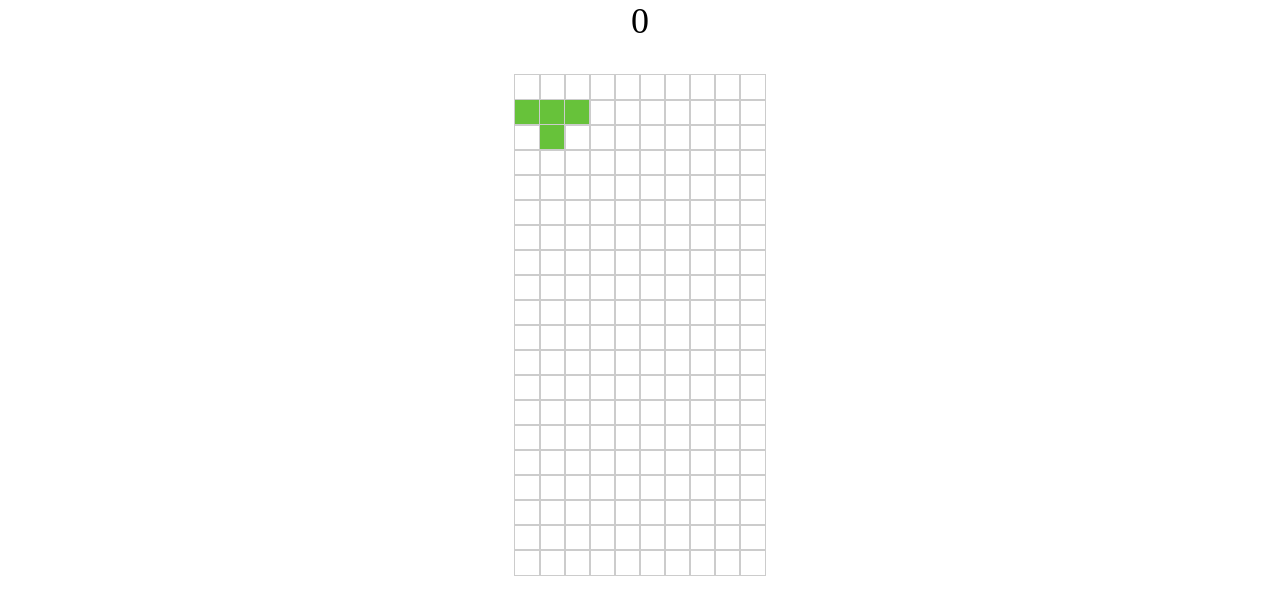
Repository: chlwpdnswku/tetris
Page: index.html
These files come from the project's save history. The page is drawn as it stood at one moment and after a run of saves; the edit follows.
The browser window is 1280 px wide. The pictures show the whole page.

Above is the page before, as saved 2022-12-13 15:43:32.

### index.html
<!DOCTYPE html>
<html lang="en">

<head>
    <meta charset="UTF-8">
    <meta http-equiv="X-UA-Compatible" content="IE=edge">
    <meta name="viewport" content="width=device-width, initial-scale=1.0">
    <link rel="stylesheet" href="style.css">
    <title>Document</title>

</head>

<body>
    <div class="wrapper">
        <div class="score">0</div>
        <div class="playground">
            <!-- ul  -->
            <ul></ul>
        </div>

    </div>

    <!-- import 문을 사용하기위해서 type =module -->
    <script src="script.js" type="module"></script>
</body>

</html>

### style.css
* {
  margin: 0;
  padding: 0;
}
ul {
  list-style: none;
}
body {
  height: 100%;
  overflow: hidden;
}
.score {
  text-align: center;
  font-size: 36px;
  margin-bottom: 2rem;
}
.playground > ul {
  border: 1px solid #333;
  width: 250px;
  margin: 0 auto;
}
.playground > ul > li {
  width: 100%;
  height: 25%;
}

.playground > ul > li > ul {
  display: flex;
}
.playground > ul > li > ul > li {
  width: 25px;
  height: 25px;
  outline: 1px solid #ccc;
}
.tree {
  background: #67c23a;
}

### script.js
import BLOCKS from './js/blocks.js';
// DOM element
const playground = document.querySelector('.playground > ul');

// console.log(playground);

// setting
const GAME_ROWS = 20;
const GAME_COLS = 10;

// variables
let score = 0;
let duration = 500;
let downInterval;
let tempMovingItem;

// 좌료를 바꾸면 모양이 바뀐다.

const movingItem = {
  type: 'tree',
  direction: 3,
  top: 0,
  left: 0,
};

// functions

init();
// 맨처음 시작하는 함수 10개의 20개의 줄을 저장
function init() {
  // 값만 가져와서 넣어줌
  tempMovingItem = { ...movingItem };
  //   movingItem.left = 3;
  //   console.log(tempMovingItem);
  for (let i = 0; i < GAME_ROWS; i++) {
    prependNewLine();
  }
  renderBlocks();
}

//
function prependNewLine() {
  const li = document.createElement('li');
  const ul = document.createElement('ul');

  for (let j = 0; j < GAME_COLS; j++) {
    const matrix = document.createElement('li');
    // ul -> li
    ul.prepend(matrix);
  }
  li.prepend(ul);
  playground.prepend(li);
}

// moveType 인자 넘겨받아야됨 보내지않을경우에는 moveType을 초기값을 넣어줌
function renderBlocks(moveType = '') {
  const { type, direction, top, left } = tempMovingItem;
  //   console.log(BLOCKS[type][direction]);

  const movingBlocks = document.querySelectorAll('.moving');

  //   4개의 무빙이 찍힘
  movingBlocks.forEach((moving) => {
    // 이러면 css에의해서 트리 클래스가없는 애들은 빈값이됨
    moving.classList.remove(type, 'moving');
    // console.log(moving);
  });

  // 즉 forEach 문으로 ->some 으로 사용해서 return true 를 써가지고
  // 중간에 빈값이면 랜더링 할 필요가 없어서 some 을 사용해서 원하는 시점에 반복문 중단하고 다시실행 renderblocks()
  BLOCKS[type][direction].some((block) => {
    const x = block[0] + left;
    const y = block[1] + top;
    // console.log({ playground });
    // ul안에 chileNodes ->이 렇게 가는거임 0번은 li임
    // target은 tree 클래스 부여 즉 tree를  class를 줘서 css 를 변경?
    const target = playground.childNodes[y]
      ? playground.childNodes[y].childNodes[0].childNodes[x]
      : null;

    const isAvailable = checkEmpty(target);
    // console.log(target);
    //  가능한 상태이면?
    if (isAvailable) {
      target.classList.add(type, 'moving');
    } else {
      // 원상복구 시키고 재귀함수를 호출할거임 ! 좌표를 원상태로 하고 부르기
      tempMovingItem = { ...movingItem };
      //   이벤트가 전부 실행이되고 스택을 집어넣는용도 무한스텍이 불러주는 용도 막기!
      setTimeout(() => {
        renderBlocks();
        if (moveType === 'top') {
          seizeBlock();
        }
      }, 0);
      return true;
      //   renderBlocks();
    }
  });
  movingItem.left = left;
  movingItem.top = top;
  movingItem.direction = direction;
  //   console.log(type, direction, top, left);
}

// 밑으로 떨어질 때에 블록 고정 함수 호출

function seizeBlock() {
  // getselector를 써서 오류가 났었음 !
  const movingBlocks = document.querySelectorAll('.moving');
  movingBlocks.forEach((moving) => {
    moving.classList.remove('moving');
    moving.classList.add('seized');
  });
  generateNewBlock();
}

// 새로운 블럭이 생기는 것
function generateNewBlock() {
  movingItem.top = 0;
  //   중간에 보내기
  movingItem.left = 3;
  movingItem.direction = 0;
  tempMovingItem = { ...movingItem };
  renderBlocks();
}

function checkEmpty(target) {
  if (!target || target.classList.contains('seized')) {
    return false;
  }
  return true;
}

// 인자들을 받고 moveBlock일때에만 renderBlocks 를 해주고
function moveBlock(moveType, amount) {
  // left를 바꿔줌 이게 증가함에 따라 움직임 하지만 색칠이됨 이동하고
  // 남은 클래스 부분들을삭제를해야됨
  tempMovingItem[moveType] += amount;
  renderBlocks(moveType);
}

function checkDirection() {
  const direction = tempMovingItem.direction;
  direction === 3
    ? (tempMovingItem.direction = 0)
    : (tempMovingItem.direction += 1);
  renderBlocks();
}
// 이벤트 핸들링 키를 움직이면 이벤트 객체가 생김 keyCode를 이용해서 각각의 함수를 실행을 시킬거임
document.addEventListener('keydown', (e) => {
  switch (e.keyCode) {
    case 39:
      moveBlock('left', 1);
      break;
    case 37:
      moveBlock('left', -1);
      break;
    case 38:
      checkDirection();
      break;
    case 40:
      moveBlock('top', 1);
      break;
    default:
      break;
  }
  //   console.log(e);
});

// direction keycode and 방향키 키코드
// https://stackoverflow.com/questions/5597060/detecting-arrow-key-presses-in-javascript
//  아래 밑에를 벗어나거나 엘리먼트를 넘어갈때 ? 에러처리 를 해줌
// childNodes[y]가 넘어갈때 target변수가 없을경우 처리해주는 방법

### js/blocks.js
const BLOCKS = {
  tree: [
    [
      [1, 0],
      [0, 1],
      [1, 1],
      [2, 1],
    ],
    [
      [1, 0],
      [0, 1],
      [1, 1],
      [1, 2],
    ],
    [
      [2, 1],
      [0, 1],
      [1, 1],
      [1, 2],
    ],
    [
      [2, 1],
      [0, 1],
      [1, 1],
      [1, 2],
    ],
  ],

  square: [
    [
      [0, 0],
      [0, 1],
      [1, 0],
      [1, 1],
    ],
    [
      [0, 0],
      [0, 1],
      [1, 0],
      [1, 1],
    ],
    [
      [0, 0],
      [0, 1],
      [1, 0],
      [1, 1],
    ],
    [
      [0, 0],
      [0, 1],
      [1, 0],
      [1, 1],
    ],
  ],
  bar: [
    [
      [1, 0],
      [2, 0],
      [3, 0],
      [4, 0],
    ],
    [
      [2, -1],
      [2, 0],
      [2, 1],
      [2, 2],
    ],
    [
      [1, 0],
      [2, 0],
      [3, 0],
      [4, 0],
    ],
    [
      [2, -1],
      [2, 0],
      [2, 1],
      [2, 2],
    ],
  ],

  zee: [
    [
      [0, 0],
      [1, 0],
      [1, 1],
      [2, 1],
    ],
    [
      [0, 1],
      [1, 0],
      [1, 2],
      [0, 2],
    ],
    [
      [0, 1],
      [1, 1],
      [1, 2],
      [2, 2],
    ],
    [
      [2, 0],
      [2, 1],
      [1, 1],
      [1, 2],
    ],
  ],

  elLeft: [
    [
      [0, 0],
      [0, 1],
      [1, 1],
      [2, 1],
    ],
    [
      [1, 0],
      [0, 1],
      [1, 2],
      [0, 2],
    ],
    [
      [0, 1],
      [1, 1],
      [2, 1],
      [2, 2],
    ],
    [
      [1, 0],
      [2, 1],
      [1, 1],
      [1, 2],
    ],
  ],

  elRight: [
    [
      [1, 0],
      [2, 0],
      [1, 1],
      [1, 2],
    ],
    [
      [0, 0],
      [0, 1],
      [1, 1],
      [2, 1],
    ],
    [
      [0, 2],
      [1, 0],
      [1, 1],
      [1, 2],
    ],
    [
      [0, 1],
      [1, 1],
      [2, 1],
      [2, 2],
    ],
  ],
};

export default BLOCKS;

After the next 2 saves:
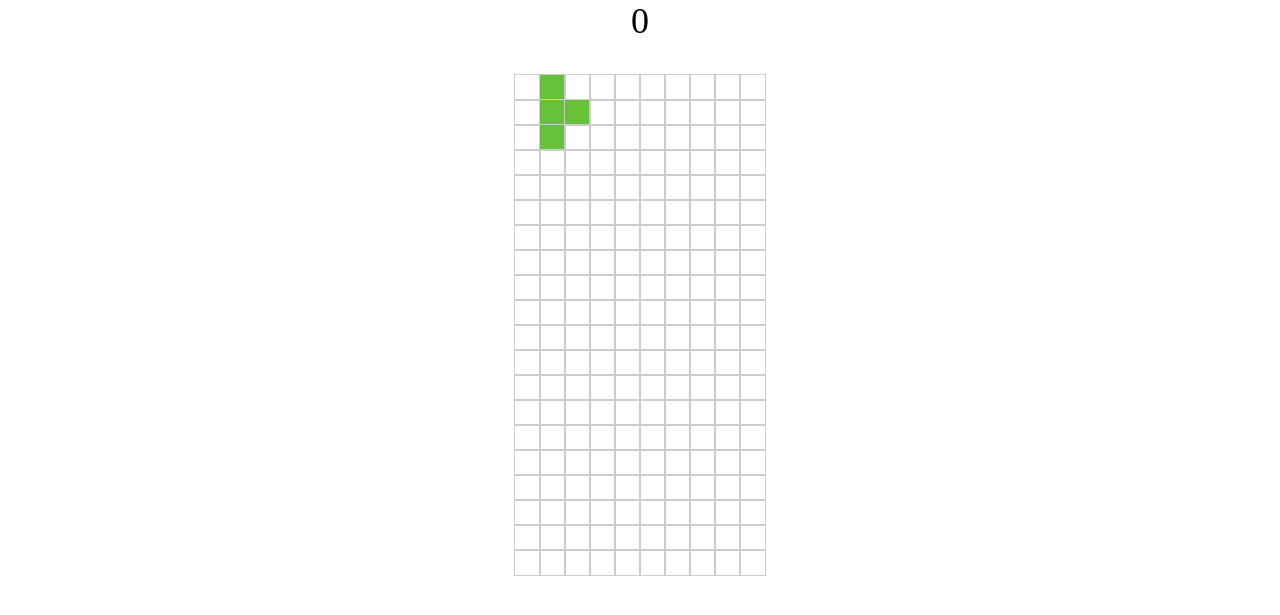
The 2 saves are shown as one change because they came seconds apart.
The last was saved 24 s later.
--- a/js/blocks.js
+++ b/js/blocks.js
@@ -20,9 +20,9 @@ const BLOCKS = {
     ],
     [
       [2, 1],
-      [0, 1],
+      [1, 2],
       [1, 1],
-      [1, 2],
+      [1, 0],
     ],
   ],
 
